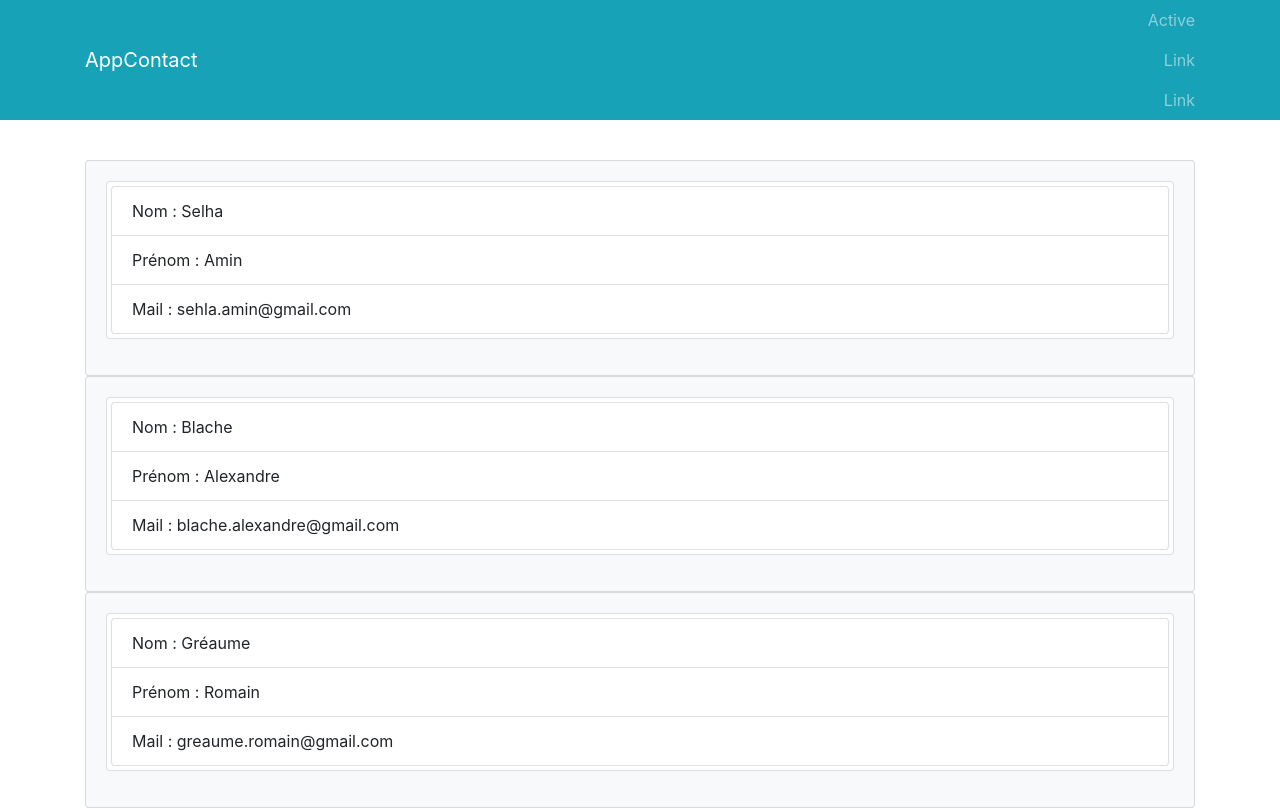
Repository: romgrm/appContact
Page: /
These files come from the project's save history. The page is drawn as it stood at one moment and after the next save; the edit follows.
The browser window is 1280 px wide. The pictures show the whole page.
The project was rebuilt for these pictures with package versions that can differ from the ones it lists, and the page was loaded fresh each time.

Above is the page before, as saved 2020-12-02 21:14:40.

### src/App.js
import Header from './Components/Header'
import Liste from './Components/Liste'

import 'bootstrap/dist/css/bootstrap.min.css'


function App() {
  return (
    <div className="App">
      <Header />
      <div className="container pt-4">
        <Liste />
      </div>
    </div>
  );
}

export default App;

### src/Components/Header.js
import React, { Component } from 'react'

export default class Header extends Component {
    render() {
        return (
            <div>
                <nav className="navbar navbar-dark bg-info mb-3 py-0">
                    <div className="container">
                        <a href="/" className="navbar-brand">AppContact</a>
                        <ul className="navbar-nav">
                            <li className="nav-item ml-auto">
                                <a className="nav-link " href="#">Active</a>
                            </li>
                            <li className="nav-item ml-auto">
                                <a className="nav-link" href="#">Link</a>
                            </li>
                            <li className="nav-item ml-auto">
                                <a className="nav-link" href="#">Link</a>
                            </li>
                        </ul>
                    </div>
                </nav>

            </div>

        )
    }
}

### src/Components/Liste.js
import React, { Component } from 'react'
import Contact from './Contact'

export default class Liste extends Component {

    state = {
        contacts: [
            {
                id:1,
                nom: 'Selha',
                prenom: 'Amin',
                mail: 'sehla.amin@gmail.com'
            },
            {
                id:2,
                nom: 'Blache',
                prenom: 'Alexandre',
                mail: 'blache.alexandre@gmail.com'
            },
            {
                id:3,
                nom: 'Gréaume',
                prenom: 'Romain',
                mail: 'greaume.romain@gmail.com'
            }
        ]
    }

    render() {
        return (
            <div>
                {this.state.contacts.map(current => (
                    <Contact
                    key={current.id}
                    Nom={current.nom}
                    Prenom={current.prenom}
                    Mail={current.mail}/>
                ))}
            </div>
        )
    }
}

### src/Components/Contact.js
import React, { Component } from 'react'

export default class Contact extends Component {
    render() {
        return (
            <div className="card card-body bg-light">
                <ul className="card card-body p-1">
                    <li className="list-group-item"> Nom : {this.props.Nom}</li>
                    <li className="list-group-item"> Prénom : {this.props.Prenom}</li>
                    <li className="list-group-item"> Mail : {this.props.Mail}</li>
                </ul>
            </div>
        )
    }
}

Loaded but not shown: public/index.html (common file); src/index.js (common file)

After the next save:
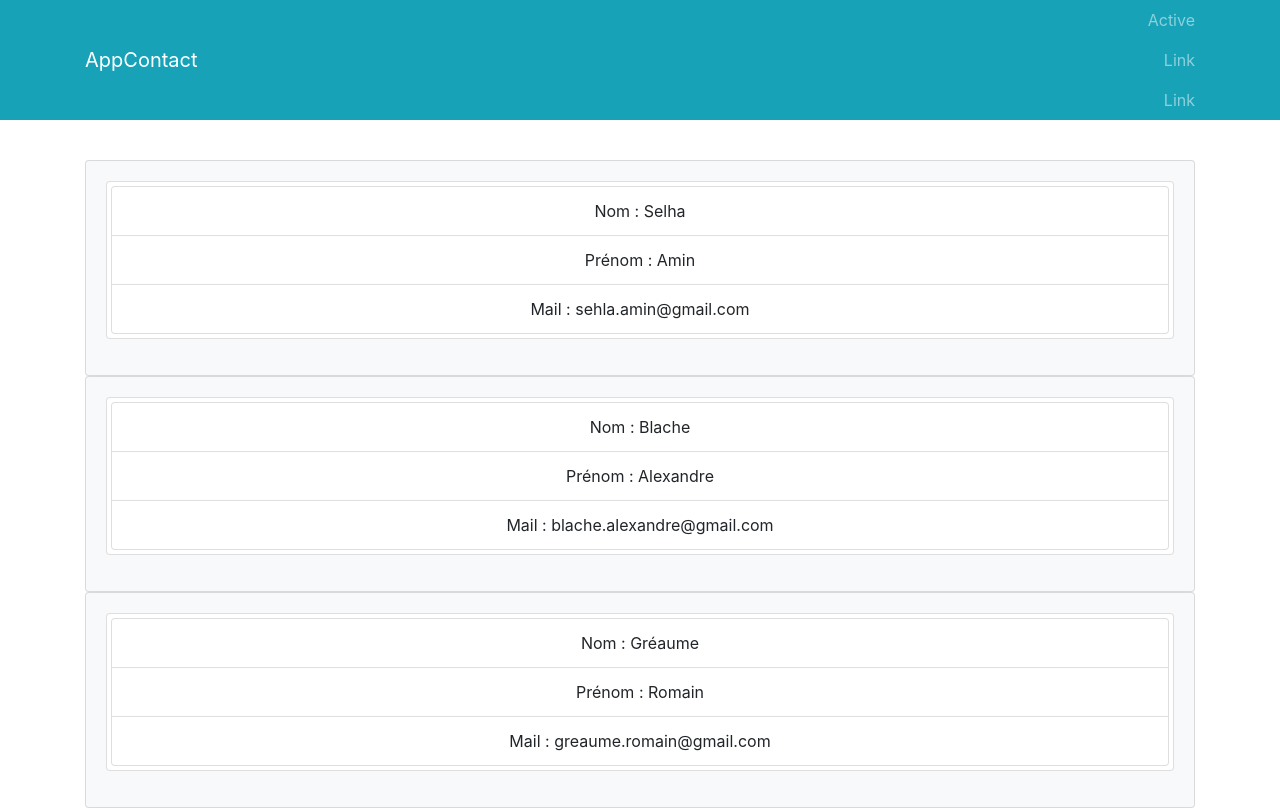
Saved 44 s later.
--- a/src/Components/Contact.js
+++ b/src/Components/Contact.js
@@ -3,7 +3,7 @@ import React, { Component } from 'react'
 export default class Contact extends Component {
     render() {
         return (
-            <div className="card card-body bg-light">
+            <div className="card card-body bg-light text-center">
                 <ul className="card card-body p-1">
                     <li className="list-group-item"> Nom : {this.props.Nom}</li>
                     <li className="list-group-item"> Prénom : {this.props.Prenom}</li>
